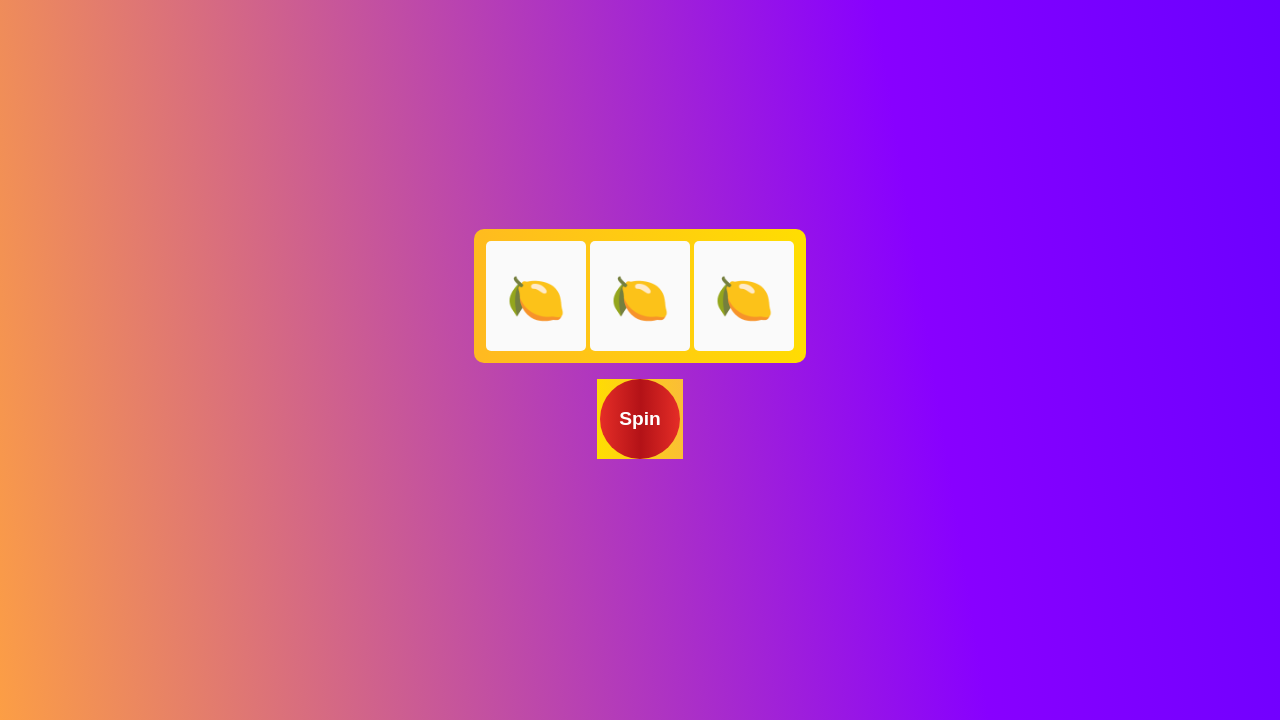
Repository: HERBOD7/slotmachine
Page: /
An editor plug-in stored every save of this project. The page is shown before and after the next save, followed by the edit.
The browser window is 1280 px wide. The pictures show the whole page.
The project was rebuilt for these pictures with package versions that can differ from the ones it lists, and the page was loaded fresh each time. Also part of the build but not shown: vue.config.js.

Above is the page before, as saved 2023-07-23 12:14:35.

After the next save:
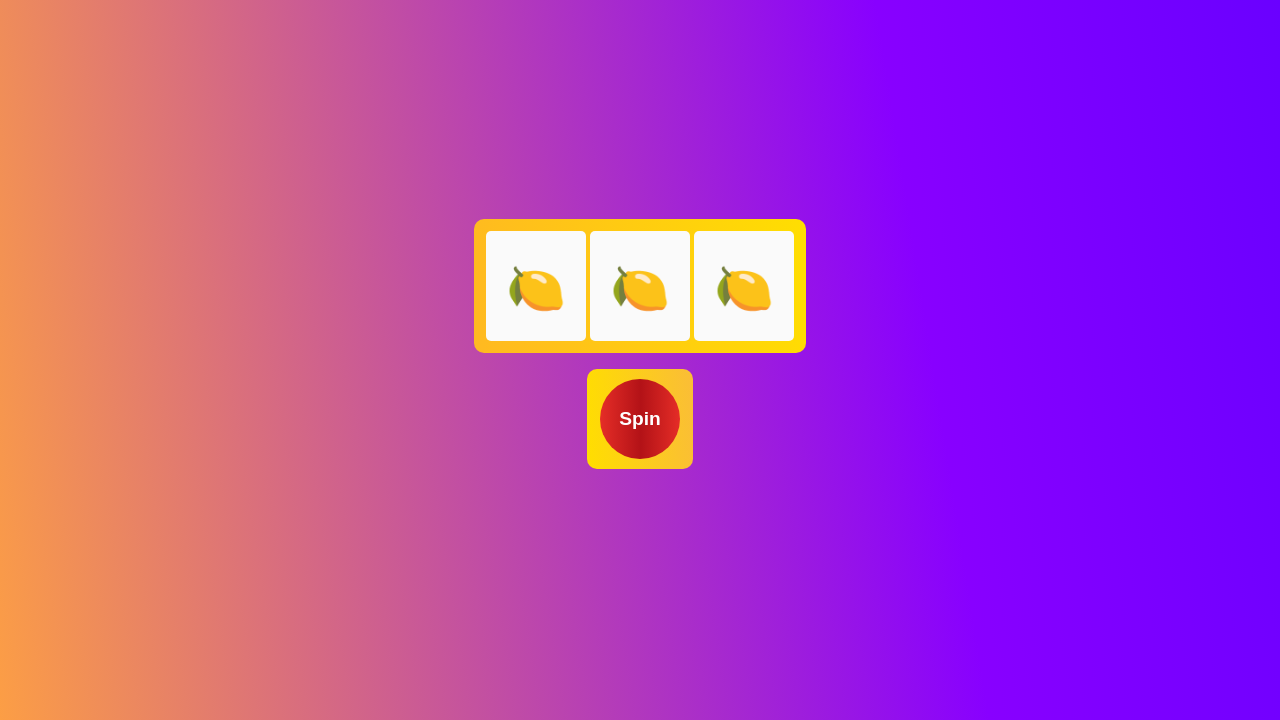
Saved 15 s later.
--- a/src/App.vue
+++ b/src/App.vue
@@ -112,6 +112,8 @@ body {
   );
   display: flex;
   align-items: center;
+  padding: 10px;
+  border-radius: 10px;
 }
 
 button {
